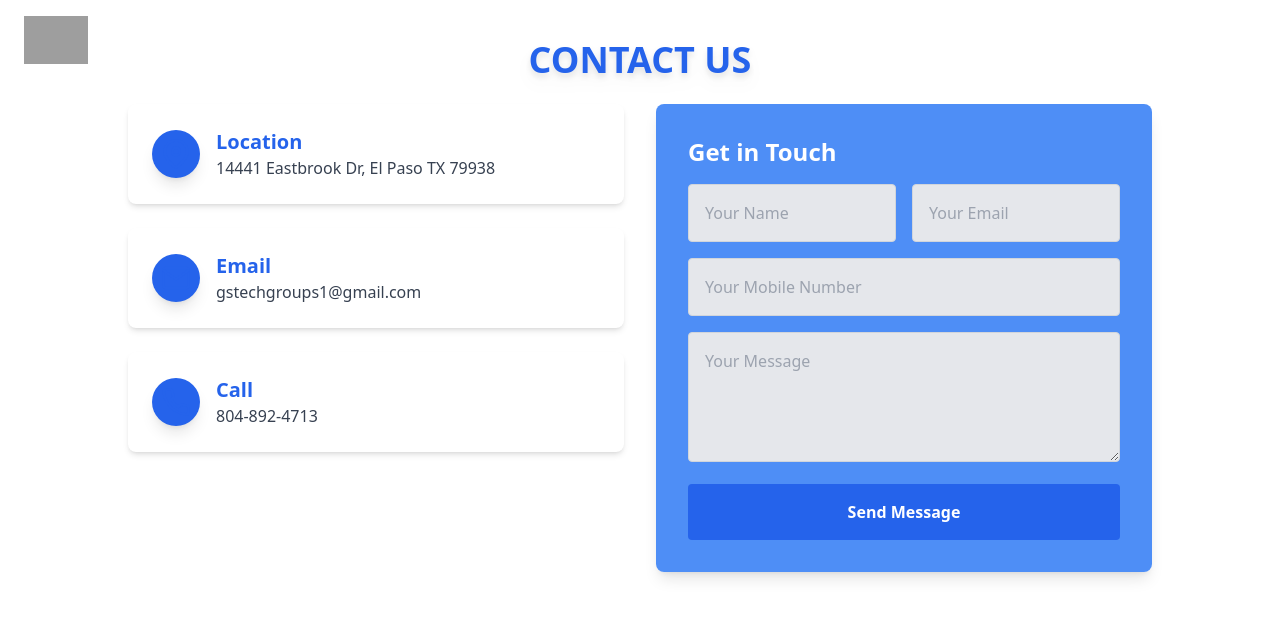
Repository: Rudra-Eswaran/Rudra_Official
Page: /
An editor plug-in stored every save of this project. The page is shown before and after the next save, followed by the edit.
The browser window is 1280 px wide. The pictures show the whole page.
Pictures or frames that could not be fetched are drawn as grey boxes. Some web libraries are served in a nearby version. The project was rebuilt for these pictures with package versions that can differ from the ones it lists, and the page was loaded fresh each time. Also part of the build but not shown: vite.config.js.

Above is the page before, as saved 2025-04-15 18:35:34.

After the next save:
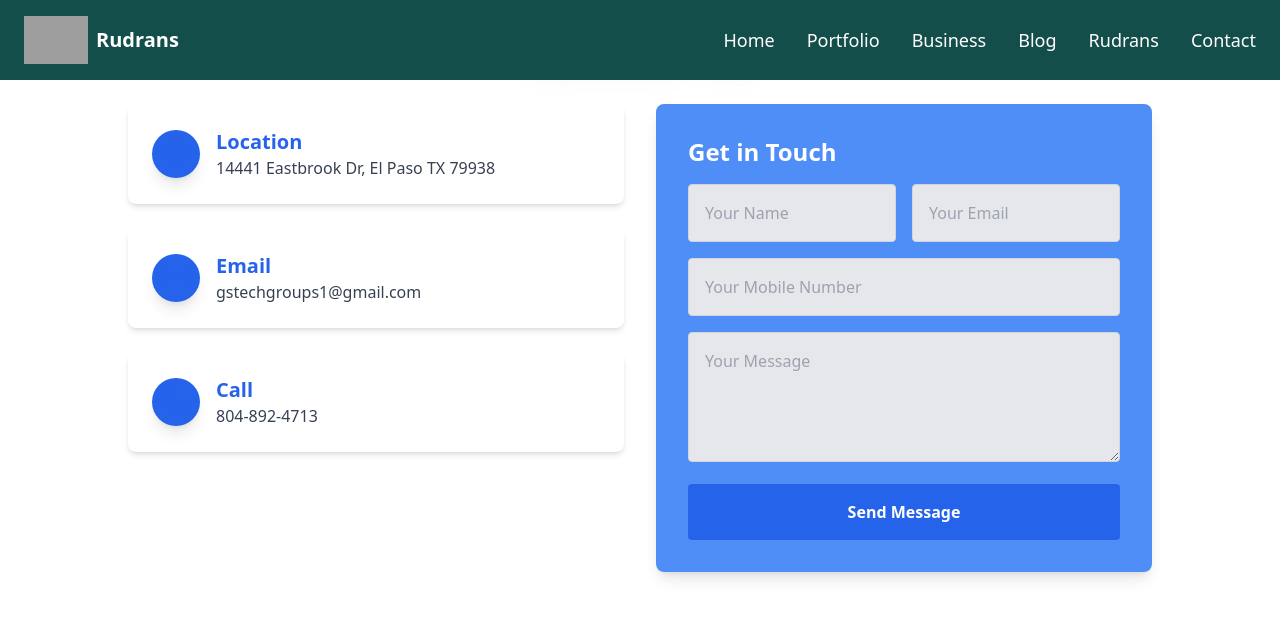
Saved 75 s later.
--- a/src/components/Navbar.jsx
+++ b/src/components/Navbar.jsx
@@ -17,7 +17,7 @@ const Navbar = () => {
   return (
     <nav
       className={`fixed top-0 left-0 w-full z-10 py-4 transition-all duration-300 ease-in-out ${
-        scrolled ? "bg-teal-600 shadow-lg" : "bg-transparent"
+        scrolled ? "bg-teal-800 shadow-lg" : "bg-teal-900"
       }`}
     >
       <div className="container mx-auto px-6 flex justify-between items-center">
@@ -36,7 +36,7 @@ const Navbar = () => {
           <li>
             <Link
               to="/"
-              className="hover:text-teal-300 transition duration-300 ease-in-out transform hover:scale-105"
+              className="hover:text-teal-400 transition duration-300 ease-in-out transform hover:scale-105"
             >
               Home
             </Link>
@@ -44,7 +44,7 @@ const Navbar = () => {
           <li>
             <Link
               to="/portfolio"
-              className="hover:text-teal-300 transition duration-300 ease-in-out transform hover:scale-105"
+              className="hover:text-teal-400 transition duration-300 ease-in-out transform hover:scale-105"
             >
               Portfolio
             </Link>
@@ -52,7 +52,7 @@ const Navbar = () => {
           <li>
             <Link
               to="/business"
-              className="hover:text-teal-300 transition duration-300 ease-in-out transform hover:scale-105"
+              className="hover:text-teal-400 transition duration-300 ease-in-out transform hover:scale-105"
             >
               Business
             </Link>
@@ -60,7 +60,7 @@ const Navbar = () => {
           <li>
             <Link
               to="/blog"
-              className="hover:text-teal-300 transition duration-300 ease-in-out transform hover:scale-105"
+              className="hover:text-teal-400 transition duration-300 ease-in-out transform hover:scale-105"
             >
               Blog
             </Link>
@@ -68,7 +68,7 @@ const Navbar = () => {
           <li>
             <Link
               to="/rudrans"
-              className="hover:text-teal-300 transition duration-300 ease-in-out transform hover:scale-105"
+              className="hover:text-teal-400 transition duration-300 ease-in-out transform hover:scale-105"
             >
               Rudrans
             </Link>
@@ -76,7 +76,7 @@ const Navbar = () => {
           <li>
             <Link
               to="/contact"
-              className="hover:text-teal-300 transition duration-300 ease-in-out transform hover:scale-105"
+              className="hover:text-teal-400 transition duration-300 ease-in-out transform hover:scale-105"
             >
               Contact
             </Link>
@@ -96,12 +96,12 @@ const Navbar = () => {
 
       {/* Mobile Menu */}
       {isOpen && (
-        <ul className="md:hidden bg-teal-600 text-white p-6 space-y-4">
+        <ul className="md:hidden bg-teal-800 text-white p-6 space-y-4">
           <li>
             <Link
               to="/"
               onClick={() => setIsOpen(false)}
-              className="block text-lg hover:text-teal-300 transition-all duration-300"
+              className="block text-lg hover:text-teal-400 transition-all duration-300"
             >
               Home
             </Link>
@@ -110,7 +110,7 @@ const Navbar = () => {
             <Link
               to="/portfolio"
               onClick={() => setIsOpen(false)}
-              className="block text-lg hover:text-teal-300 transition-all duration-300"
+              className="block text-lg hover:text-teal-400 transition-all duration-300"
             >
               Portfolio
             </Link>
@@ -119,7 +119,7 @@ const Navbar = () => {
             <Link
               to="/business"
               onClick={() => setIsOpen(false)}
-              className="block text-lg hover:text-teal-300 transition-all duration-300"
+              className="block text-lg hover:text-teal-400 transition-all duration-300"
             >
               Business
             </Link>
@@ -128,7 +128,7 @@ const Navbar = () => {
             <Link
               to="/blog"
               onClick={() => setIsOpen(false)}
-              className="block text-lg hover:text-teal-300 transition-all duration-300"
+              className="block text-lg hover:text-teal-400 transition-all duration-300"
             >
               Blog
             </Link>
@@ -137,7 +137,7 @@ const Navbar = () => {
             <Link
               to="/rudrans"
               onClick={() => setIsOpen(false)}
-              className="block text-lg hover:text-teal-300 transition-all duration-300"
+              className="block text-lg hover:text-teal-400 transition-all duration-300"
             >
               Rudrans
             </Link>
@@ -146,7 +146,7 @@ const Navbar = () => {
             <Link
               to="/contact"
               onClick={() => setIsOpen(false)}
-              className="block text-lg hover:text-teal-300 transition-all duration-300"
+              className="block text-lg hover:text-teal-400 transition-all duration-300"
             >
               Contact
             </Link>
